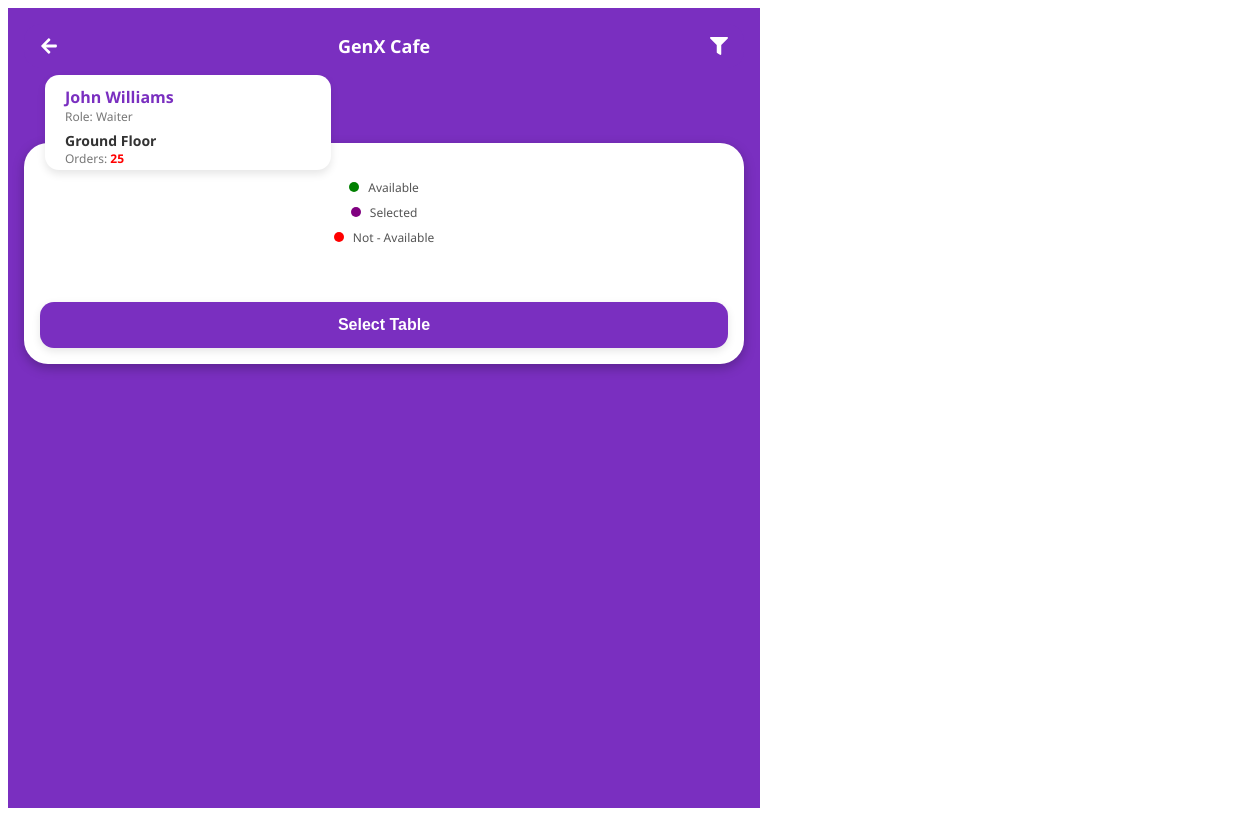
Repository: rajeshwaranslv/sturdy-spork-genx-frontend
Page: /
These files come from the project's save history. The page is drawn as it stood at one moment and after a run of saves; the edit follows.
The browser window is 768 px wide. The page is 768 px wide, then 1247 px, then 768 px, so the pictures cover 1247 px, including what lies to the right of the window. The pictures show the whole page.
The page's requests for data from a server got no answer. The project was rebuilt for these pictures with package versions that can differ from the ones it lists, and the page was loaded fresh each time. No one was signed in, and anything a server would have sent is missing. Also part of the build but not shown: src/components/menu.css, src/components/MenuSelection.js, src/components/OrderReview.js, src/components/billing.css, src/components/Billing.js, src/components/Success.js.

Above is the page before, as saved 2025-07-15 10:49:21.

After the next 3 saves:
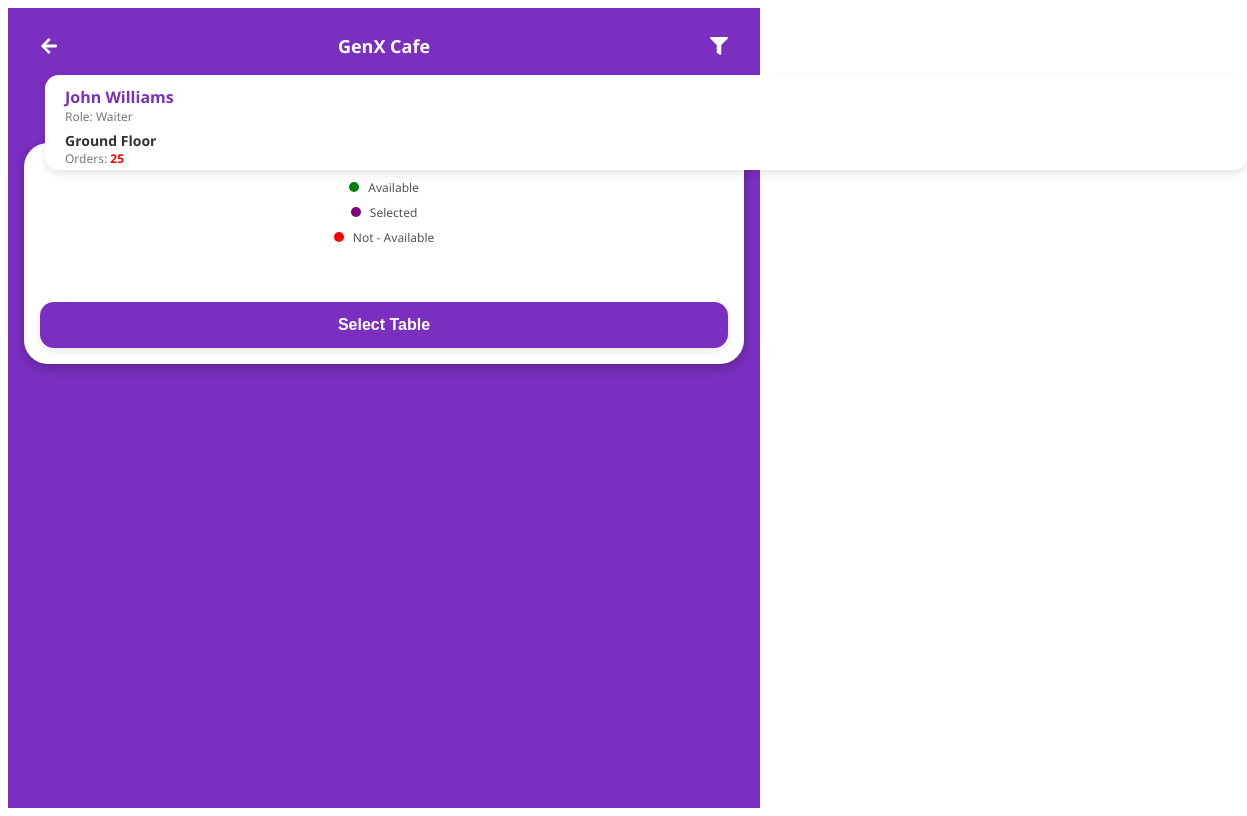
The 3 saves are shown as one change because they came seconds apart.
The last was saved 66 s later.
--- a/src/components/style.css
+++ b/src/components/style.css
@@ -377,7 +377,7 @@
     display: flex;
     justify-content: space-between;
     align-items: center;
-    width: 246px;
+    width: 1162px;
     position: relative;
     top: 27px;
     height: 73px;

After the save that followed:
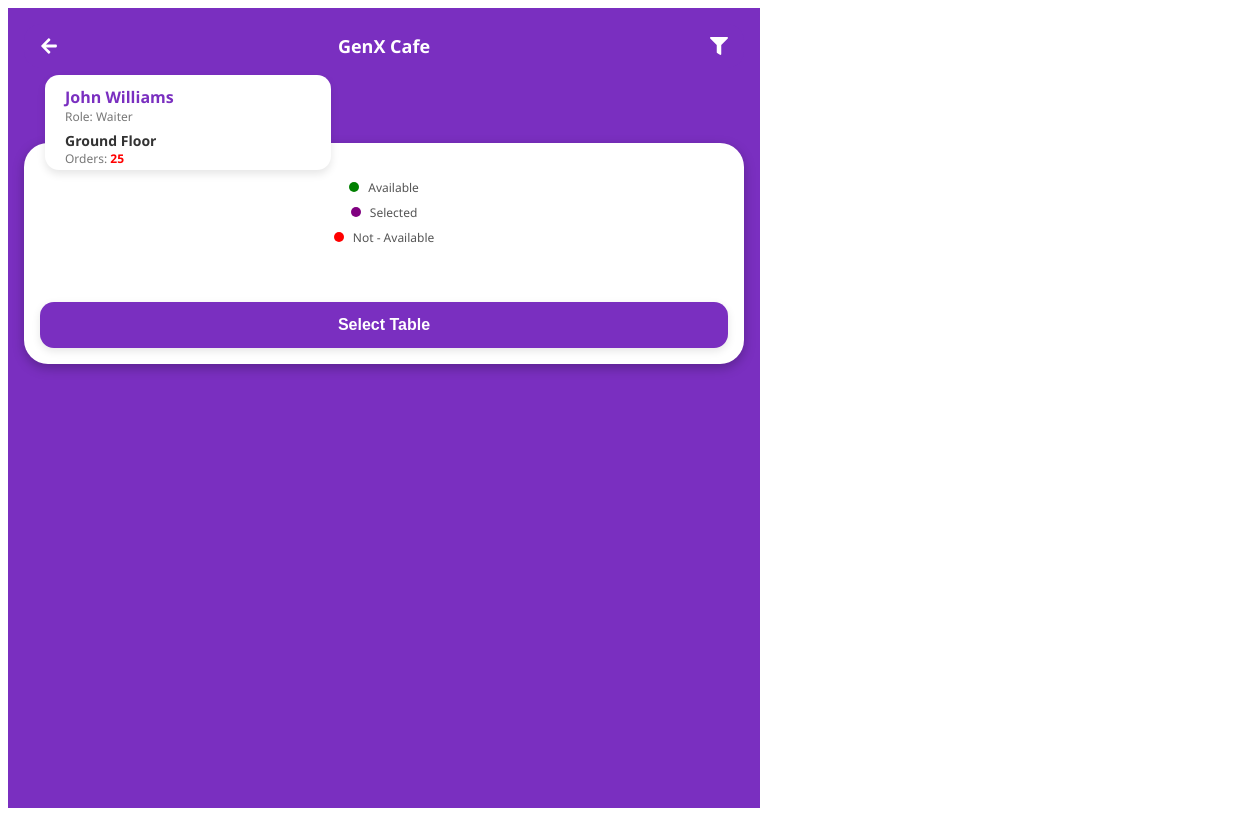
Saved 15 s later.
--- a/src/components/style.css
+++ b/src/components/style.css
@@ -377,7 +377,7 @@
     display: flex;
     justify-content: space-between;
     align-items: center;
-    width: 1162px;
+    width: 246px;
     position: relative;
     top: 27px;
     height: 73px;
